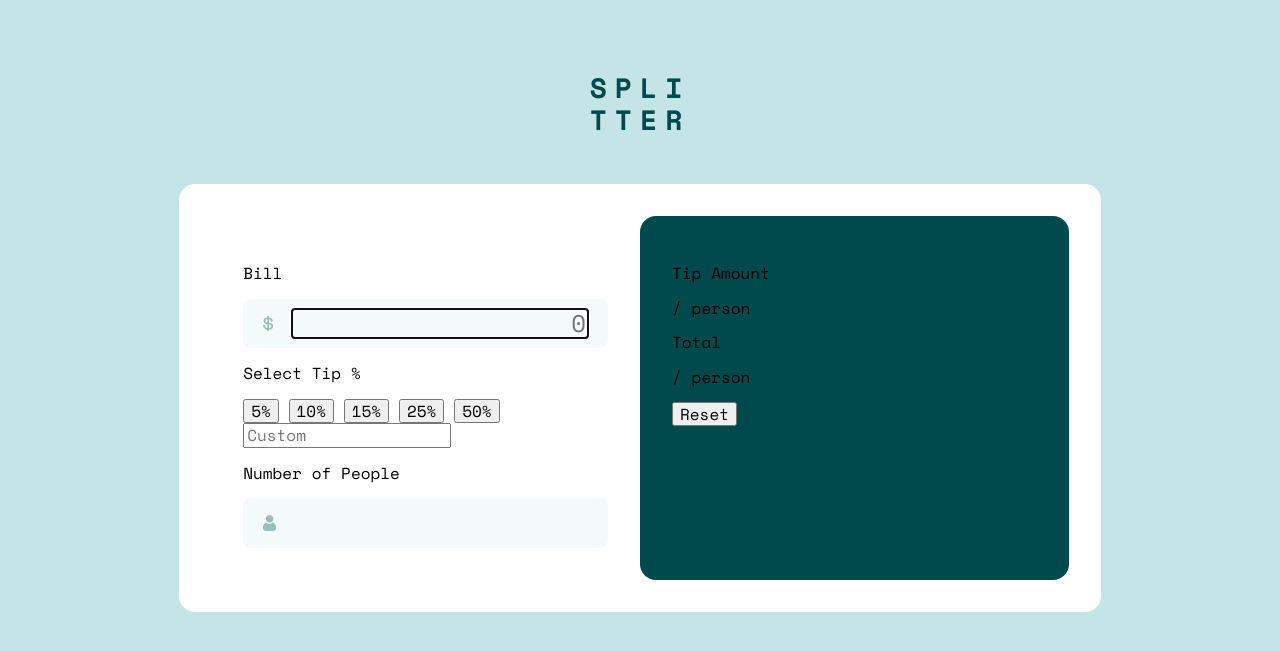
Repository: Jay-JYKim91/FM_tip-calculator
Page: index.html
An editor plug-in stored every save of this project. The page is shown before and after the next save, followed by the edit.
The browser window is 1280 px wide. The pictures show the whole page.
The first visible `.input_form input` has the focus.

Above is the page before, as saved 2021-12-21 21:41:51.

### index.html
<!DOCTYPE html>
<html lang="en">
<head>
  <meta charset="UTF-8">
  <meta name="viewport" content="width=device-width, initial-scale=1.0"> <!-- displays site properly based on user's device -->

  <link rel="icon" type="image/png" sizes="32x32" href="./images/favicon-32x32.png">

  <title>Tip calculator</title>
  <link rel="preconnect" href="https://fonts.googleapis.com">
  <link rel="preconnect" href="https://fonts.gstatic.com" crossorigin>
  <link href="https://fonts.googleapis.com/css2?family=Space+Mono:wght@400;700&display=swap" rel="stylesheet">
  <link rel="stylesheet" href="https://cdnjs.cloudflare.com/ajax/libs/normalize/8.0.1/normalize.min.css" integrity="sha512-NhSC1YmyruXifcj/KFRWoC561YpHpc5Jtzgvbuzx5VozKpWvQ+4nXhPdFgmx8xqexRcpAglTj9sIBWINXa8x5w==" crossorigin="anonymous" referrerpolicy="no-referrer" />
  <link rel="stylesheet" href="style.css">
  <script src="main.js" defer></script>

</head>
<body>
  <main class="container">
    <h1 class="main_title">Spli<br>tter</h1>
    <section class="calculator_wrapper">
      <article class="input_wrapper">
        <div>
          <p class="title">Bill</p>
          <div class="input_form">
            <img src="./images/icon-dollar.svg" alt="dollar">
            <input type="text" placeholder="0">
          </div>
        </div>
        <div>
          <p class="title">Select Tip %</p>
          <div class="tip_options">
            <button class="tip_option">5%</button>
            <button class="tip_option">10%</button>
            <button class="tip_option">15%</button>
            <button class="tip_option">25%</button>
            <button class="tip_option">50%</button>
            <input type="tel" id="custom_tip" class="tip_option" placeholder="Custom" autocomplete="off">
          </div>
        </div>
        <div>
          <p class="title">Number of People</p>
          <div class="input_form">
            <img src="./images/icon-person.svg" alt="person">
            <input type="text">
          </div>
        </div>
      </article>
      <article class="result_wrapper">
        <div class="result_rows">
          <div class="result_row">
            <div class="result_title_wrapper">
              <p class="title">Tip Amount</p>
              <p class="subtitle">/ person</p>
            </div>
            <p id="tipAmountPrice"></p>
          </div>
          <div class="result_row">
            <div class="result_title_wrapper">
              <p class="title">Total</p>
              <p class="subtitle">/ person</p>
            </div>
            <p id="totalPrice"></p>
          </div>
        </div>
        <div>
          <button>Reset</button>
        </div>
      </article>
    </section>
  </main>
</body>
</html>

### style.css
:root {
  --body-font: "Space Mono", monospace;

  --strong-cyan: hsl(172, 67%, 45%);
  --very-dark-cyan: hsl(183, 100%, 15%);
  --dark-grayish-cyan: hsl(186, 14%, 43%);
  --dark-grayish-cyan: hsl(184, 14%, 56%);
  --light-grayish-cyan1: hsl(185, 41%, 84%);
  --light-grayish-cyan2: hsl(189, 41%, 97%);
  --white: hsl(0, 0%, 100%);
}
body {
  background-color: var(--light-grayish-cyan1);
  font-family: var(--body-font);
}
.container {
  margin: 10vh 14vw;
}
.main_title {
  margin: 3rem;
  text-align: center;
  text-transform: uppercase;
  letter-spacing: 8px;
  color: var(--very-dark-cyan);
  font-size: 1.75rem;
}
.calculator_wrapper {
  background-color: var(--white);
  display: flex;
  justify-content: space-between;
  padding: 2rem;
  border-radius: 1rem;
}
.input_wrapper {
  flex-basis: 50%;
  padding: 2em;
}
.input_form {
  display: flex;
  align-items: center;
  justify-content: space-between;
  background-color: var(--light-grayish-cyan2);
  padding: 10px 20px;
  border-radius: 0.5rem;
}
.input_form input {
  width: 90%;
  font-size: 24px;
  border: none;
  background-color: var(--light-grayish-cyan2);
  text-align: right;
  color: var(--very-dark-cyan);
}
.input_form input:focus {
  border: none;
}
.result_wrapper {
  background-color: var(--very-dark-cyan);
  flex-basis: 50%;
  border-radius: 1rem;
  padding: 2em;
}

/* Tablet size */
@media (min-width: 768px) and (max-width: 1023px) {
}

/* Mobile size */
@media (max-width: 767px) {
}

Loaded but not shown: main.js (empty)

After the next save:
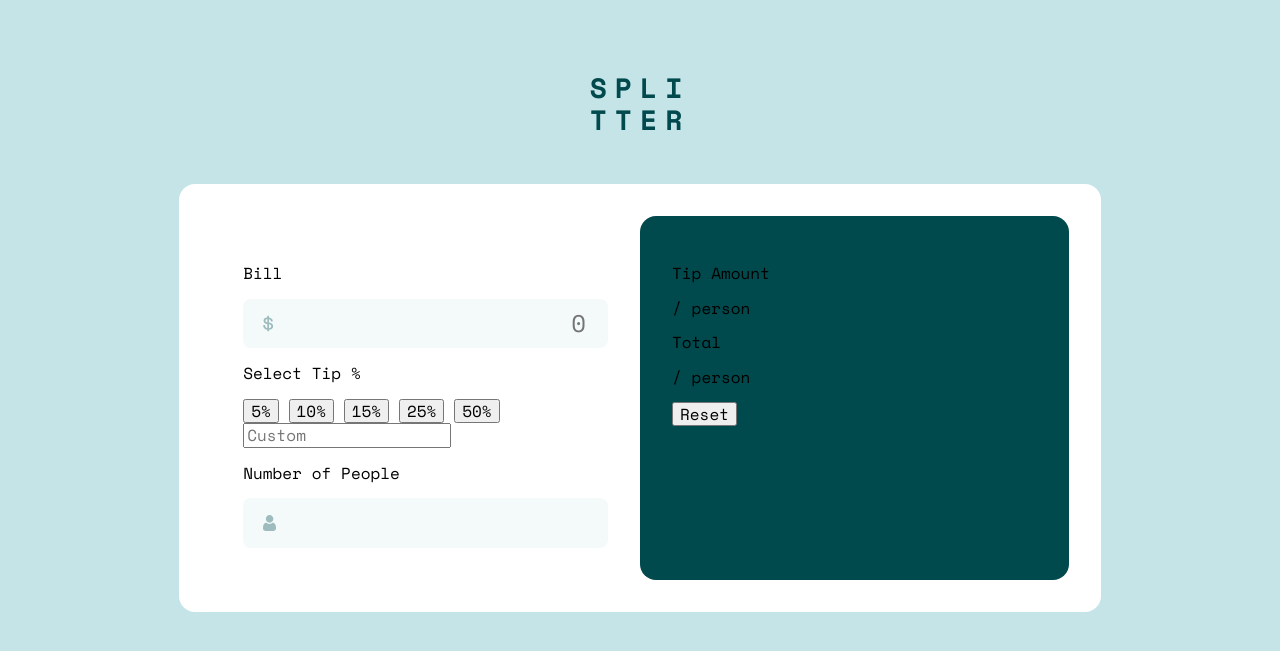
Saved 44 s later.
--- a/style.css
+++ b/style.css
@@ -52,7 +52,7 @@ body {
   color: var(--very-dark-cyan);
 }
 .input_form input:focus {
-  border: none;
+  outline: none;
 }
 .result_wrapper {
   background-color: var(--very-dark-cyan);
